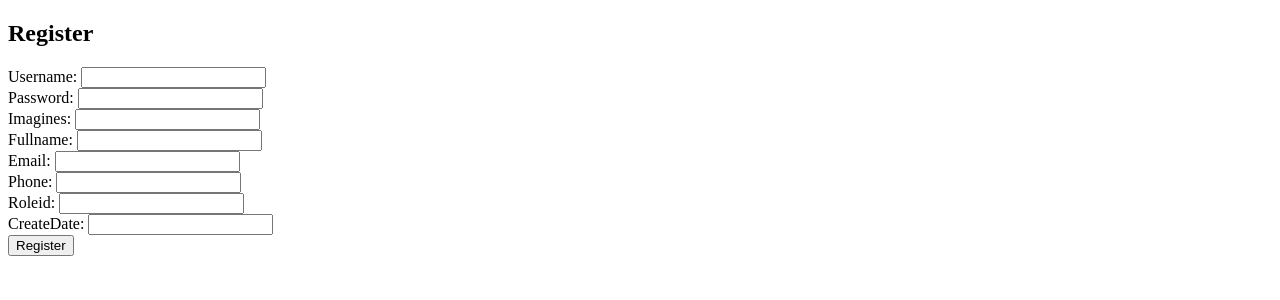
Repository: thuctrantrong/DBconnect
Page: http://localhost/LaptrinhData/views/register.jsp
An editor plug-in stored every save of this project. The page is shown before and after the next save, followed by the edit.
The browser window is 1280 px wide. The pictures show the whole page.
The page is served by Tomcat 10. Other server files are loaded and not shown.

Above is the page before, as saved 2024-09-15 08:43:12.

### LaptrinhData/src/main/webapp/views/register.jsp
<%@ page language="java" contentType="text/html; charset=UTF-8"
    pageEncoding="UTF-8"%>
<!DOCTYPE html>
<html>
<head>
<meta charset="UTF-8">
<title>Insert title here</title>

<script>
    function redirectToRegister() {
        // Chuyển hướng đến trang đăng ký
        window.location.href = "views/register.jsp"; // Thay đổi URL đến trang JSP bạn muốn mở
    }
</script>
</head>
<body>
  <div class="register-container">
        <h2>Register</h2>
        <c:if test="${alert !=null}">
			<h3 class="alert alertdanger">${alert}</h3>
		</c:if>
        <form class="modal-content animate" action="/LaptrinhData/register" method="post">
            <div>
            <label for="username">Username:</label>
            <input type="text" id="username" name="username" required>
            </div>


            <div>
				<label for="password">Password:</label>
				<input type="password" id="password" name="password" required>
            </div>
				<label for="imagines">Imagines:</label>
            	<input type="text" id="imagines" name="imagines" required>
			<div>
				<label for="fullname">Fullname:</label>
            	<input type="text" id="fullname" name="fullname" required>
            </div>
             	<label for="email">Email:</label>
            	<input type="text" id="email" name="email" required>
            <div>
				<label for="phone">Phone:</label>
            	<input type="text" id="phone" name="phone" required>
            </div>
            	<label for="roleid">Roleid:</label>
            	<input type="text" id="roleid" name="roleid" required>
            <div>
				<label for="createDate">CreateDate:</label>
            	<input type="text" id="createDate" name="createDate" required>
            </div>
           		 <input type="submit" value="Register">
            <div>
			<section>


		</section>
            </div>

        </form>
    </div>
</body>
</html>

After the next save:
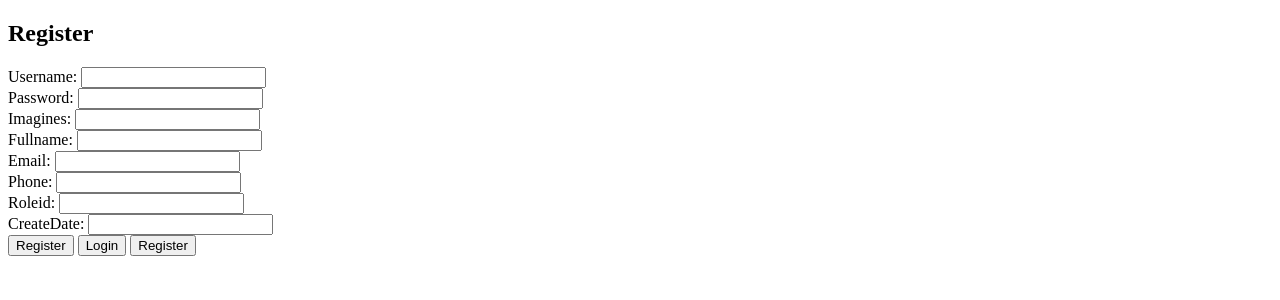
Saved 79 s later.
--- a/LaptrinhData/src/main/webapp/views/register.jsp
+++ b/LaptrinhData/src/main/webapp/views/register.jsp
@@ -49,6 +49,8 @@
             	<input type="text" id="createDate" name="createDate" required>
             </div>
            		 <input type="submit" value="Register">
+           		 <button type="submit">Login</button>
+			<input type="button" value="Register" onclick="redirectToRegister()">
             <div>
 			<section>
 
